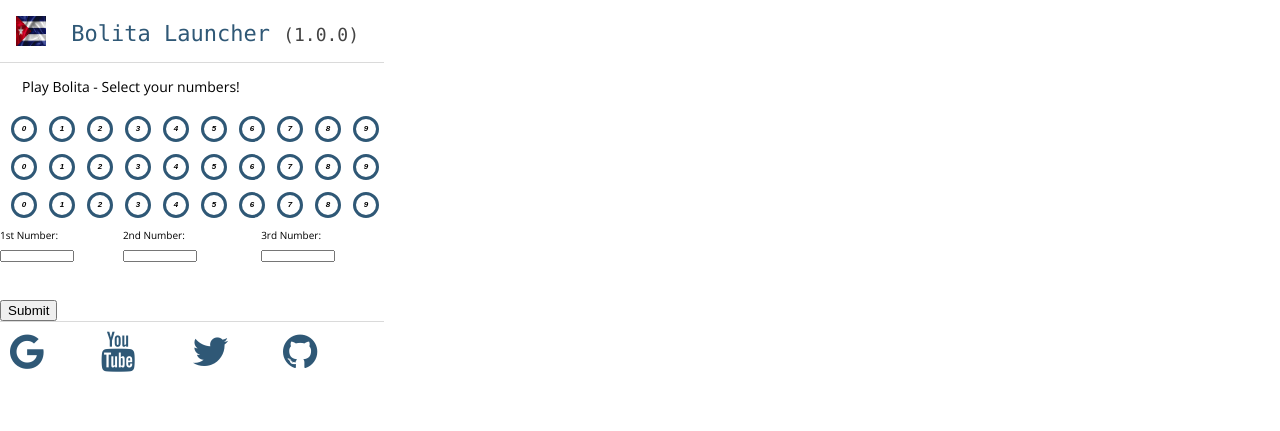
Repository: markymark617/BolitaChromeExtension
Page: popup.html
The author's editor kept a copy of each file at every save. The page is drawn from the files as they stood at one save, then again after the next save.
The browser window is 1280 px wide. The pictures show the whole page.

Above is the page before, as saved 2020-09-06 14:43:45.

After the next save:
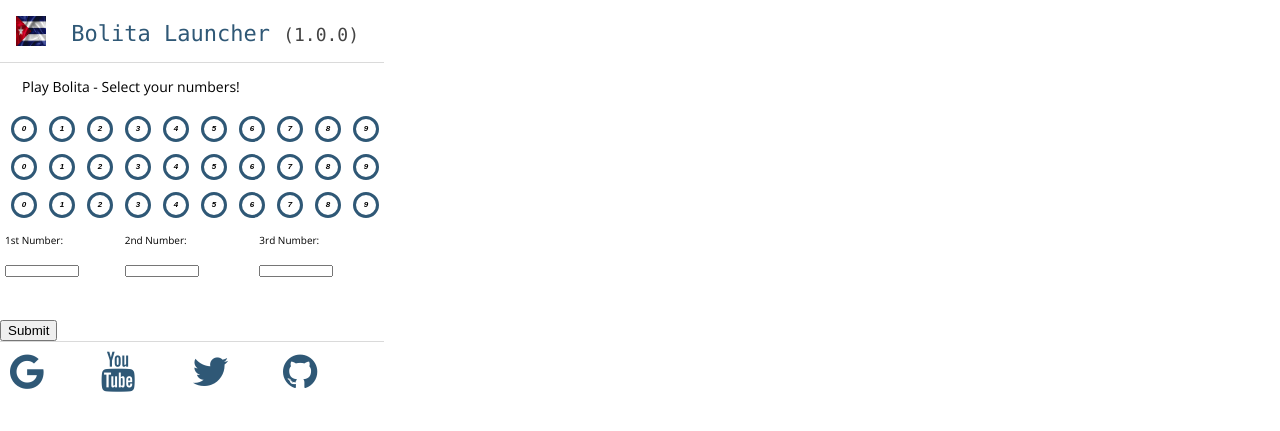
Saved 25 s later.
--- a/popup.css
+++ b/popup.css
@@ -114,6 +114,10 @@
         padding: 2px;
       }
 
+      .row {
+          padding:5px;
+      }
+
       /* Clear floats after the columns */
       .row:after {
         content: "";
